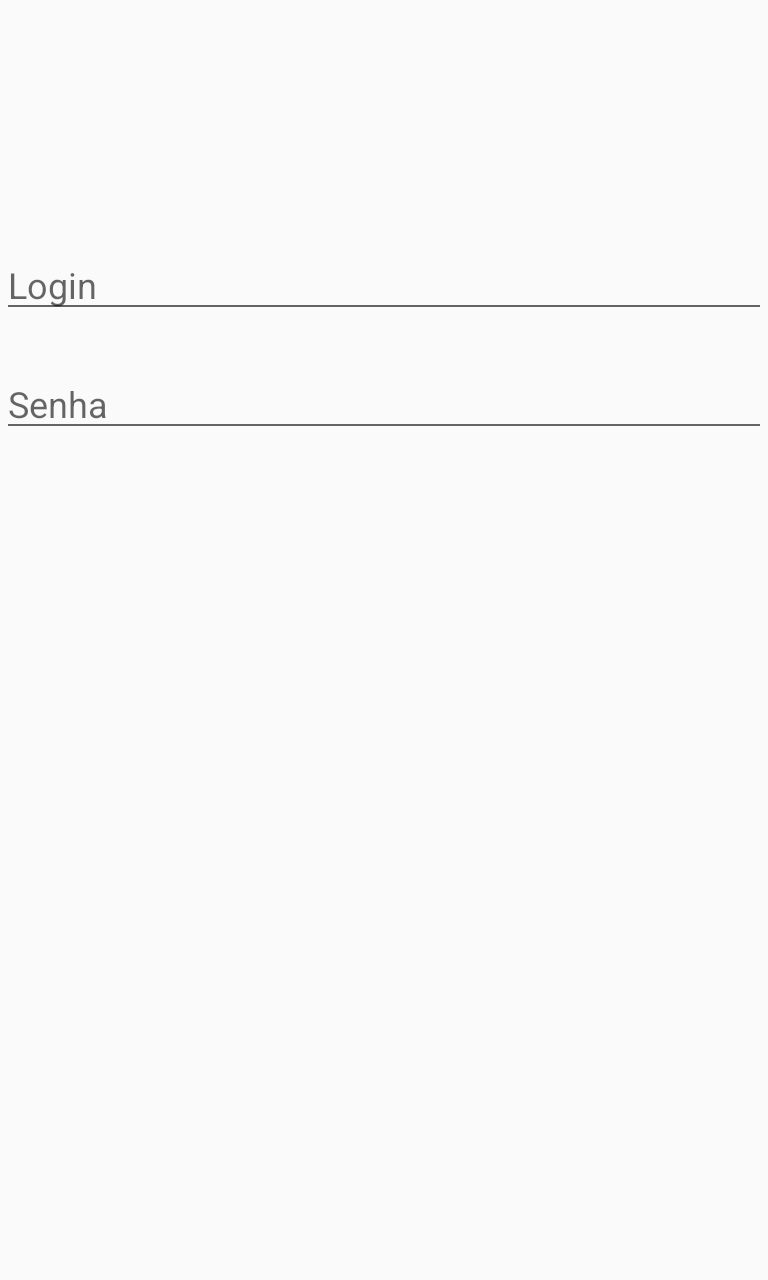
Repository: LucasSampaio/SysPizza-PSI
Layout: CodigoFonte/MOBILE/SysPizza/res/layout/activity_login.xml
An editor plug-in stored every save of this project. The layout is shown before and after the next save, followed by the edit.
It is drawn on a 768 x 1280 px phone screen (xhdpi) without system bars, with theme AppTheme; the app's code is not run.

Above is the layout before, as saved 2014-09-19 20:59:34.

### CodigoFonte/MOBILE/SysPizza/res/layout/activity_login.xml
<?xml version="1.0" encoding="utf-8"?>
<RelativeLayout xmlns:android="http://schemas.android.com/apk/res/android"
    android:layout_width="match_parent"
    android:layout_height="match_parent"
    android:orientation="vertical" >

    <EditText
        android:id="@+id/etLogin"
        android:layout_width="fill_parent"
        android:layout_height="wrap_content"
        android:layout_alignParentLeft="true"
        android:layout_alignParentTop="true"
        android:layout_marginTop="120dp"
        android:ems="10"
        android:hint="Login" />

    <EditText
        android:id="@+id/etSenha"
        android:layout_width="fill_parent"
        android:layout_height="wrap_content"
        android:layout_alignParentLeft="true"
        android:layout_below="@+id/etLogin"
        android:layout_marginTop="18dp"
        android:ems="10"
        android:hint="Senha" />

</RelativeLayout>

Loaded but not shown: CodigoFonte/MOBILE/SysPizza/res/values/styles.xml (common file); CodigoFonte/MOBILE/SysPizza/res/values-v11/styles.xml (common file); CodigoFonte/MOBILE/SysPizza/res/values-v14/styles.xml (common file)

After the next save:
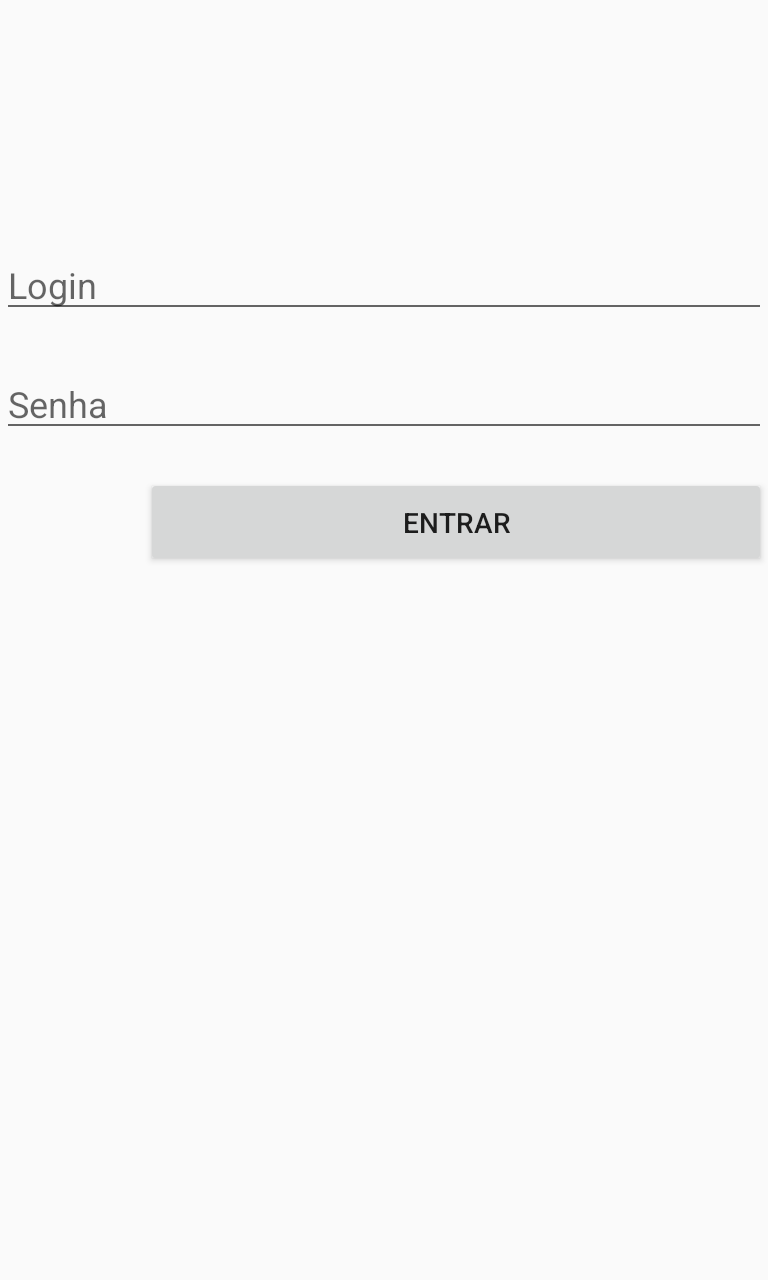
Saved 21 s later.
--- a/CodigoFonte/MOBILE/SysPizza/res/layout/activity_login.xml
+++ b/CodigoFonte/MOBILE/SysPizza/res/layout/activity_login.xml
@@ -24,4 +24,14 @@
         android:ems="10"
         android:hint="Senha" />
 
+    <Button
+        android:id="@+id/btEntrar"
+        android:layout_width="fill_parent"
+        android:layout_height="wrap_content"
+        android:layout_alignParentLeft="true"
+        android:layout_below="@+id/etSenha"
+        android:layout_marginLeft="72dp"
+        android:layout_marginTop="16dp"
+        android:text="Entrar" />
+
 </RelativeLayout>
